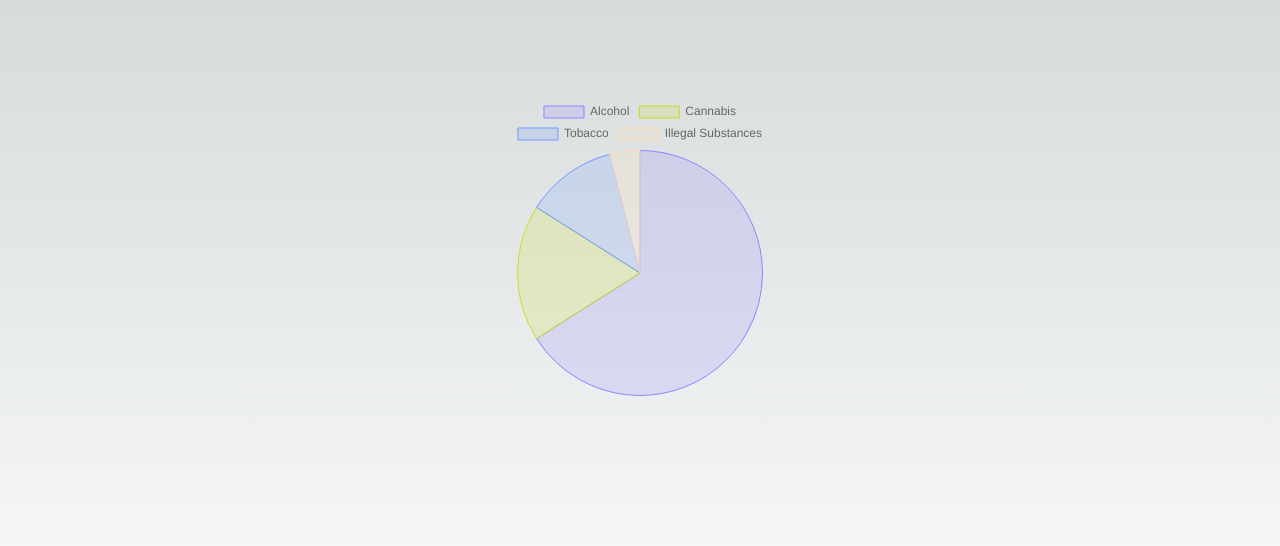
Repository: olivia-sk/MDIA-2109-2106-Big-Project
Page: /
These files come from the project's save history. The page is drawn as it stood at one moment and after the next save; the edit follows.
The browser window is 1280 px wide. The pictures show the whole page.
The project was rebuilt for these pictures with package versions that can differ from the ones it lists, and the page was loaded fresh each time. The framework's server and built-in components were replaced by stand-ins that run in the browser. Also part of the build but not shown: next.config.js.

Above is the page before, as saved 2023-03-29 13:00:44.

After the next save:
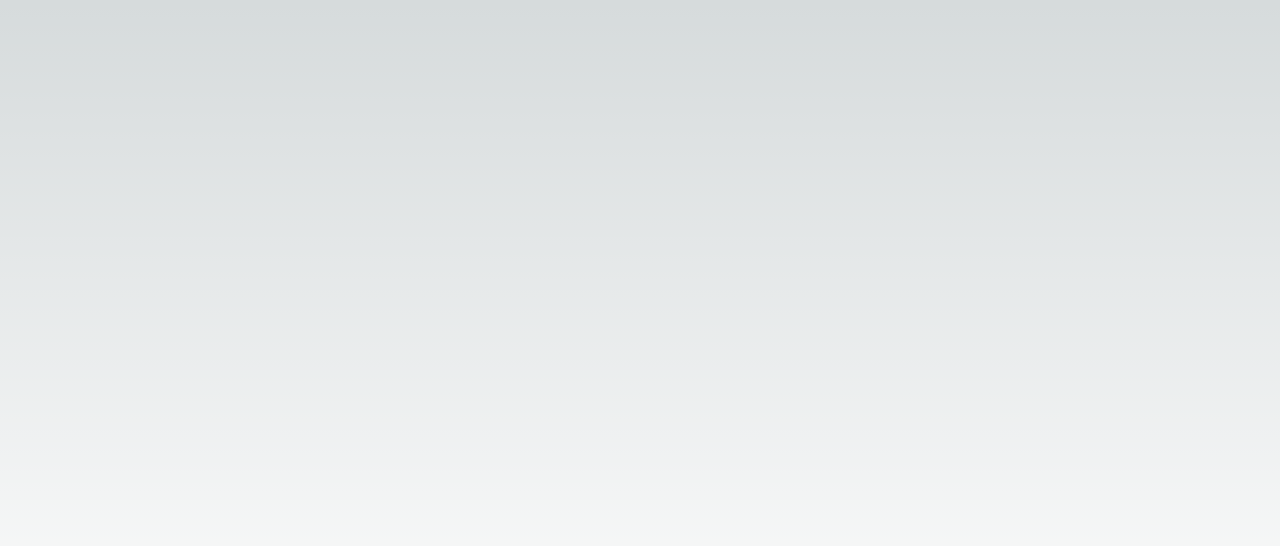
Saved 10 s later.
--- a/pages/index.js
+++ b/pages/index.js
@@ -14,7 +14,7 @@
         <link rel="icon" href="/favicon.ico" />
       </Head>
       <main className={styles.main}>
-        <Pie />
+
       </main>
     </>
   )
